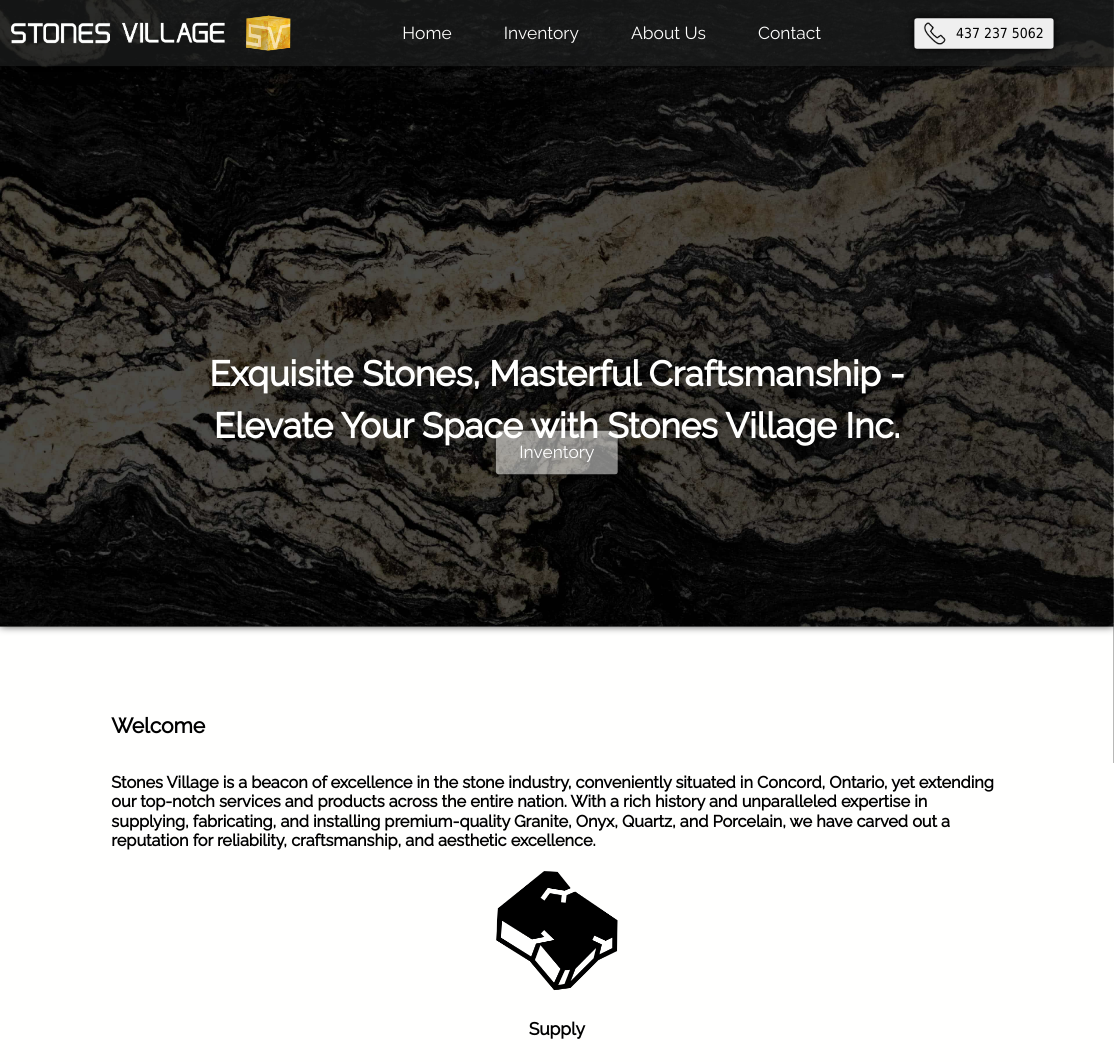
Repository: shayanabedi98/Stones-Village
Page: index.html
An editor plug-in stored every save of this project. The page is shown before and after the next save, followed by the edit.
The browser window is 1280 px wide. The pictures show the whole page, at 87% of full size.
Backgrounds fixed to the window are drawn as part of the page.

Above is the page before, as saved 2023-10-22 16:26:43.

After the next save:
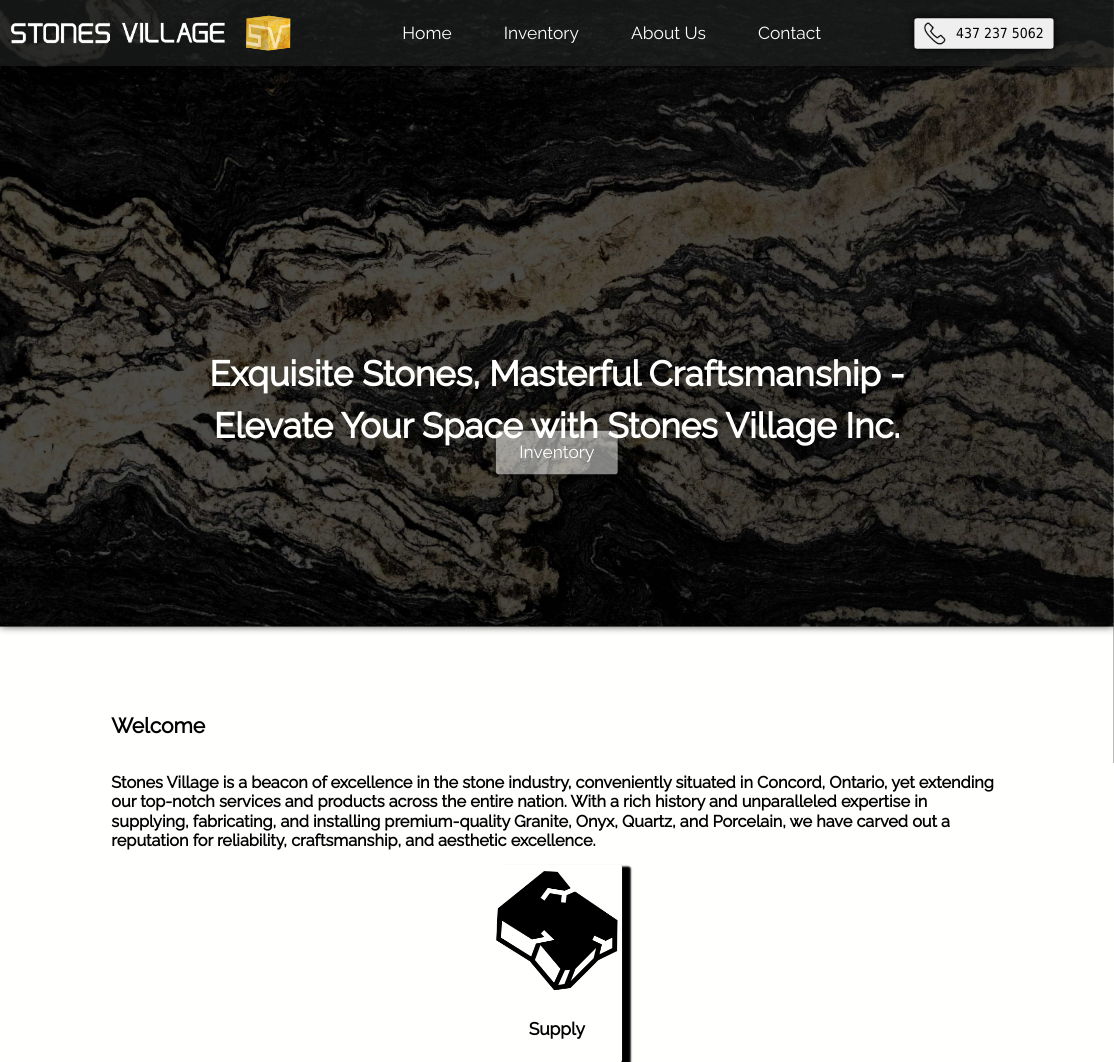
Saved 4 s later.
--- a/styles.css
+++ b/styles.css
@@ -169,7 +169,7 @@ body {
     display: grid;
     justify-items: center;
     border-radius: 3px;
-    box-shadow: 10 2 2px 0 black;
+    box-shadow: 10px 2px 2px 0 black;
 }
 
 .card img {

After the save that followed:
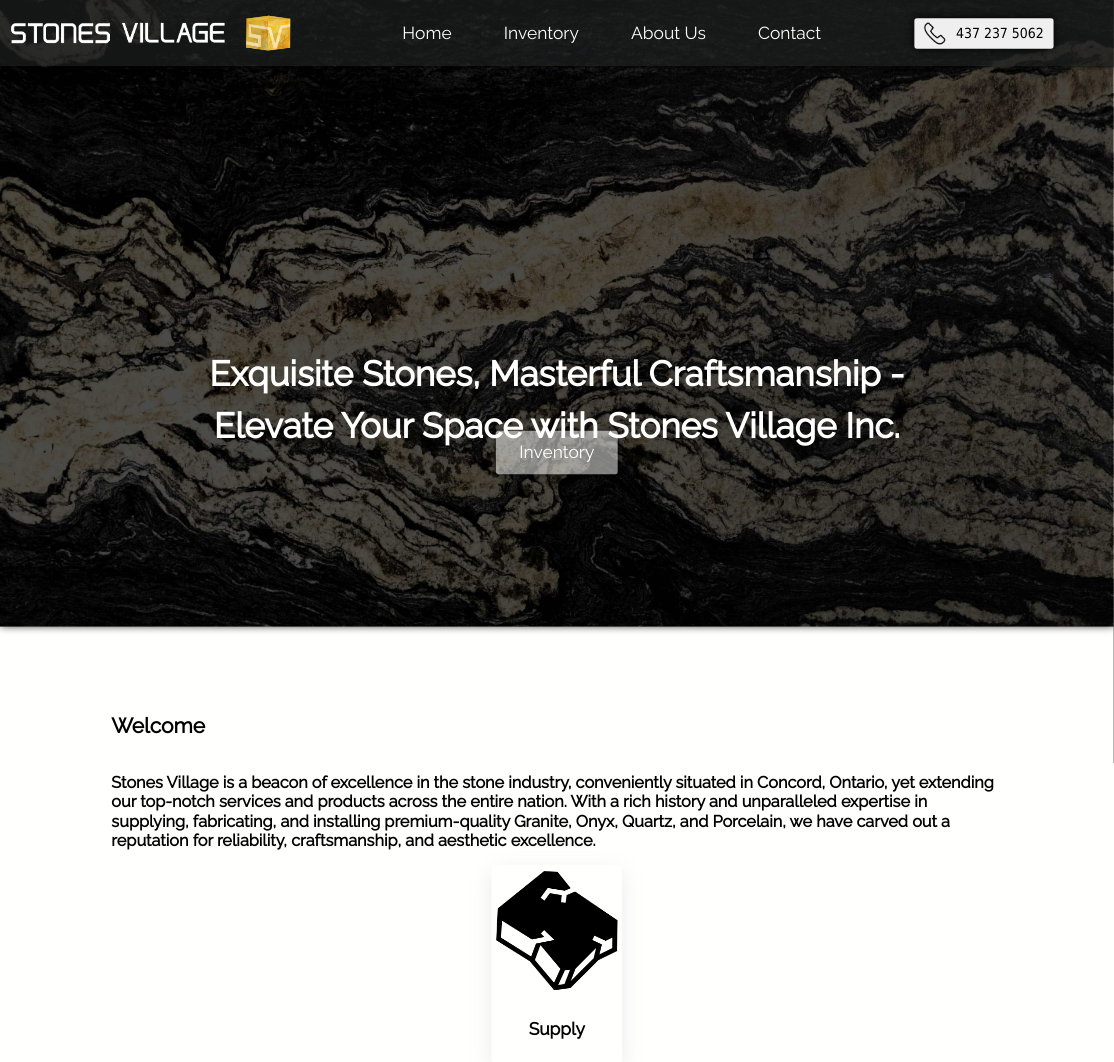
Saved 35 s later.
--- a/styles.css
+++ b/styles.css
@@ -169,7 +169,7 @@ body {
     display: grid;
     justify-items: center;
     border-radius: 3px;
-    box-shadow: 10px 2px 2px 0 black;
+    box-shadow: rgba(149, 157, 165, 0.2) 0px 8px 24px;
 }
 
 .card img {
